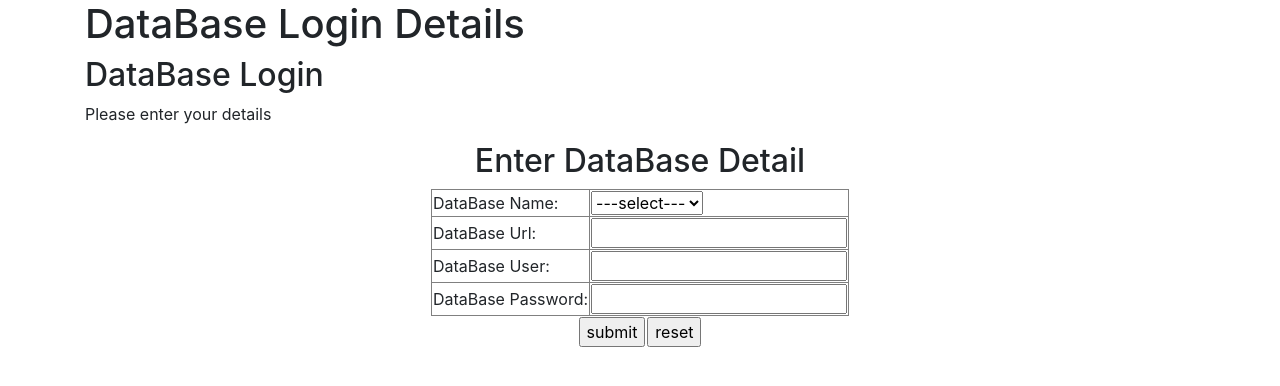
Repository: manish1905/MetaData_Details
Page: http://localhost/MetaData_Details/dbDetails
These files come from the project's save history. The page is drawn as it stood at one moment and after the next save; the edit follows.
The browser window is 1280 px wide. The pictures show the whole page.
Some web libraries are served in a nearby version. The page is served by Tomcat 9.

Above is the page before, as saved 2019-01-04 05:55:58.
Console error: TypeError: Cannot read properties of undefined (reading 'fn')

After the next save:
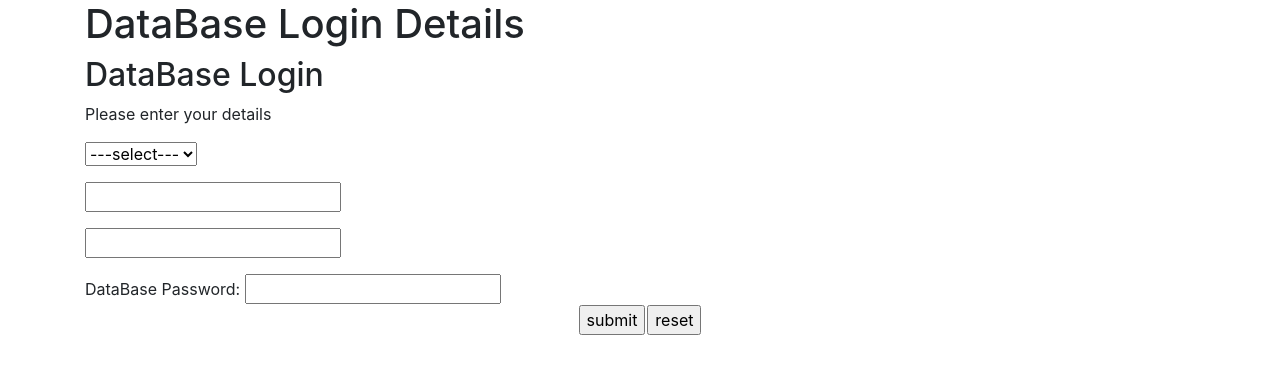
Saved 9 min 28 s later.
--- a/MetaData_Details/web/WEB-INF/jsps/dbDetail.jsp
+++ b/MetaData_Details/web/WEB-INF/jsps/dbDetail.jsp
@@ -46,26 +46,22 @@
    <p>Please enter your details</p>
    </div>
 	<form:form id="dblogin" method="POST" action="dbDetailSuccess" modelAttribute="dataBaseBean">
-	<h2 align="center">Enter DataBase Detail</h2>
-	<table align="center" border="1">
-	<tr>
-	<td>DataBase Name:</td>
-	<td><form:select path="dbName" onchange="javascript:inputField()" id="dbName">
+	<div class="form-group">
+	<form:select path="dbName" onchange="javascript:inputField()" id="dbName">
 	<form:option value="None" label="---select---"/>
 	<form:option value="OracleDB" label="OracleDB"/>
 	<form:option value="SQL" label="SQL"/>
 	<form:option value="DB2" label="DB2"/>
 	<form:option value="Sybase" label="Sybase"/>
-	</form:select></td>
-	</tr>
-	<tr>
-	<td>DataBase Url:</td>
-	<td><form:input name="url" path="url" id="url"/></td>
-	</tr>
-	<tr>
-	<td>DataBase User:</td>
-	<td><form:input name="user" path="user"/></td>
-	</tr>
+	</form:select>
+	</div>
+	<div class="form-group">
+	<form:input name="url" path="url" id="url"/>
+	</div>
+	<div class="form-group">
+	<form:input name="user" path="user"/>
+	</div>
+
 	<tr>
 	<td>DataBase Password:</td>
 	<td><form:password name="password" path=""/></td>
